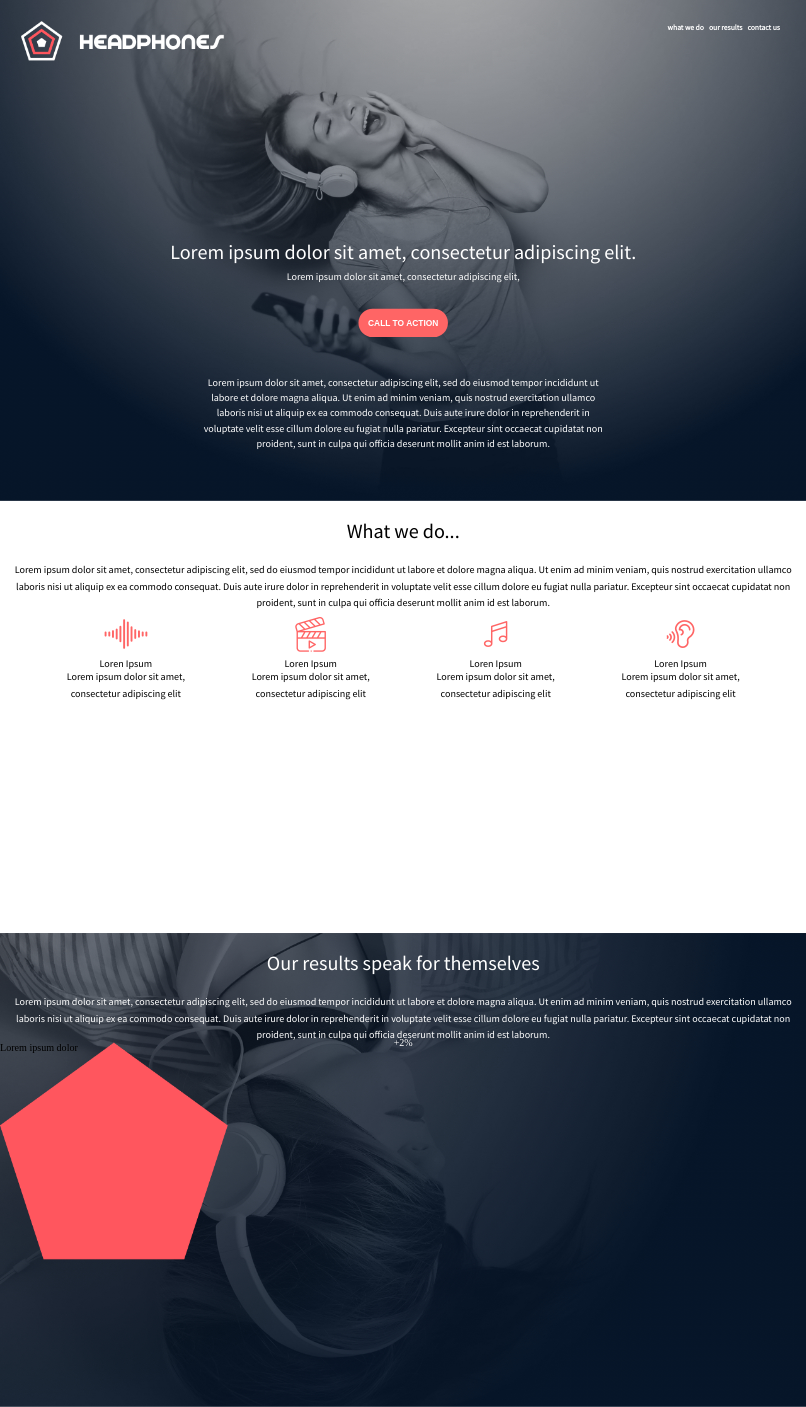
Repository: seleniadelgado/holbertonschool-web_front_end
Page: 0x09-implement_a_design_from_scratch/2-index.html
These files come from the project's save history. The page is drawn as it stood at one moment and after the next save; the edit follows.
The browser window is 1280 px wide. The pictures show the whole page, at 63% of full size.

Above is the page before, as saved 2020-03-23 12:04:01.

### 0x09-implement_a_design_from_scratch/2-index.html
<!DOCTYPE <!DOCTYPE html>
<head>
    <meta charset="utf-8">
    <title>Headphones</title>
    <meta name="description" content="">
    <meta name="viewport" content="width=device-width, initial-scale=1">
    <link rel="stylesheet" href="2-styles.css">
    <link rel="stylesheet" href="reset.css">
    <link rel="stylesheet" href="./holberton_school-icon/style.css">
    <link href="https://fonts.googleapis.com/css?family=Source+Sans+Pro&display=swap" rel="stylesheet">
</head>
<body>
<!-- nav bar -->
    <header>
        <div class="firstdiv">
            <nav>
                <input type="checkbox" id="menu">
                <label for="menu" id="nav-icon"></label>
                <div class="logo"><img href="active" href="#home"><img src="./images/logo_headphones.png" alt="logo"></a></div>
                <div class="main-nav">
                    <ul class="nav-header">
                        <li><a href="#what-we-do">what we do</a></li>
                        <li><a href="#our-results">our results</a></li>
                        <li><a href="#contact-us">contact us</a></li>
                    </ul>
                </div>
            </nav>
        </div>
<!-- Content -->
        <div class="seconddiv">
            <div class="text">
                <h1>Lorem ipsum dolor sit amet, consectetur adipiscing elit.</h1>
                <p>Lorem ipsum dolor sit amet, consectetur adipiscing elit, </p>
            </div>
        </div>
        <div class="thirddiv">
        <button id="button">CALL TO ACTION</button>
        <p class="longParagraph">Lorem ipsum dolor sit amet, consectetur adipiscing elit, sed do eiusmod tempor incididunt ut labore et dolore magna aliqua.
            Ut enim ad minim veniam, quis nostrud exercitation ullamco laboris nisi ut aliquip ex ea commodo consequat.
            Duis aute irure dolor in reprehenderit in voluptate velit esse cillum dolore eu fugiat nulla pariatur. Excepteur sint occaecat cupidatat non proident,
            sunt in culpa qui officia deserunt mollit anim id est laborum.</p>
            </div>
        </div>
    </div>
    </header>
    <div id="whatWeDo">
        <div class="content">
            <h1>What we do...</h1>
            <p> Lorem ipsum dolor sit amet, consectetur adipiscing elit, sed do eiusmod tempor incididunt ut labore et dolore magna aliqua.
                Ut enim ad minim veniam, quis nostrud exercitation ullamco laboris nisi ut aliquip ex ea commodo consequat.
                Duis aute irure dolor in reprehenderit in voluptate velit esse cillum dolore eu fugiat nulla pariatur. Excepteur sint occaecat cupidatat non proident,
                sunt in culpa qui officia deserunt mollit anim id est laborum.
            </p>
            <div class="grid">
                <div>
                    <div class="icon, item holberton_school-icon-ic_sound"></div>
                    <h6>Loren Ipsum</h6>
                    <p>Lorem ipsum dolor sit amet,<br> consectetur adipiscing elit</p>
                </div>
                <div>
                    <div class="icon, item holberton_school-icon-ic_video"></div>
                    <h6>Loren Ipsum</h6>
                    <p>Lorem ipsum dolor sit amet, <br>consectetur adipiscing elit</p>
                </div>
                <div>
                    <div class="icon, item holberton_school-icon-ic_music"></div>
                    <h6>Loren Ipsum</h6>
                    <p>Lorem ipsum dolor sit amet, <br>consectetur adipiscing elit</p>
                </div>
                <div>
                    <div class="icon, item holberton_school-icon-ic_hearing"></div>
                    <h6>Loren Ipsum</h6>
                    <p>Lorem ipsum dolor sit amet, <br>consectetur adipiscing elit</p>
                </div>
            </div>
        </div>
    </div>
    <div id="our-results">
        <div class="summary">
            <h1>Our results speak for themselves</h1>
            <p>Lorem ipsum dolor sit amet, consectetur adipiscing elit, sed do eiusmod tempor incididunt ut labore et dolore magna aliqua.
                Ut enim ad minim veniam, quis nostrud exercitation ullamco laboris nisi ut aliquip ex ea commodo consequat.
                Duis aute irure dolor in reprehenderit in voluptate velit esse cillum dolore eu fugiat nulla pariatur. Excepteur sint occaecat cupidatat non proident,
                sunt in culpa qui officia deserunt mollit anim id est laborum.
            </p>
        </div>
        <div class="results">
            <h2>+2%</h2>
            <p>Lorem ipsum dolor</p>
        </div>
    </div>
</body>
</html>

### 0x09-implement_a_design_from_scratch/2-styles.css

:root {
    --font-size-sm: 12px;
    --font-size-md: 16px;
    --font-size-lg: 32px;
    --font-size-xl: 72px;
    --font-size-button: 14px;
    --color-primary-red: #FF6565;
    --color-body-white: white;
    --color-body-black: black;
    --font-family: 'Source Sans Pro', sans-serif;
}

/* header */
html {
    width: 100%;
}

header {
    width: 100%;
    background: transparent;
    position: relative;
    color: var(--color-body-white);
    background-image: url("images/headphones_hero_1.jpg");
    background-repeat: no-repeat;
    background-size: cover;
    font-family: var(--font-family);
}

header .firstdiv {
    justify-content: space-between;
    align-content: space-between;
    padding: 2rem;
    flex-wrap: wrap;
}

header .firstdiv nav {
    width: 100%;
    display: flex;
    justify-content: space-between;
    align-content: space-between;
    position: relative;
}

a {
    margin: auto 1.25rem;
    color: var(--color-body-white);
    text-decoration: none;
    font-family: var(--font-family);
}

a:hover, a:active {
    color: var(--color-primary-red)
}

#menu {
    display: none;
    position: absolute;
}

#nav-icon {
    display: none;
    position: absolute;
}

.logo {
    float: left;
}

.nav-header {
    display: inline-flex;
    margin: auto 0;
    list-style-type: none;
    font-size: var(--font-size-sm);
    font-weight: bolder;
    font-family: var(--font-family);
}

.main-nav ul {
    border: 6px transparent solid;
    justify-content: space-between;
}

.main-nav ul li a {
    border: 4px transparent solid;
    font-family: var(--font-family);

}

/* nav */
.seconddiv {
    text-align: center;
}

.thirddiv {
    text-align: center;
}

/*text */
.text {
    padding-top: 20%;
    text-align: center;
    line-height: 32px;
}

.text h1 {
    font-size: var(--font-size-md);
    color: var(--color-body-white);
}

.text p {
    font: var(--font-size-sm);
    color: var(--color-body-white);
}

/* button */
#button {
    padding: 15px;
    margin-top: 40px;
    margin-bottom: 60px;
    border-radius: 4em;
    background-color: #FF6565;
    box-shadow: var(--color-body-black);
    border-style: none;
    color: var(--color-body-white);
    font-weight: bolder;
}

#button:hover {
    opacity: 0.9;
}

/* end button */

/* start longparagraph */
.longParagraph {
    display: flex;
    margin: auto;
    margin: 0% 25% 0% 25%;
    line-height: 24px;
    font-family: var(--font-family);
    font-size: var(--font-size-md);
    color: var(--color-body-white);
    padding-bottom: 5em;
}
/* end longparagraph */

/* media query for screens less than 480px */
@media (max-width: 480px)
{
    header nav {
      flex-direction: column;
      align-items: center;
    }

    .logo {
      width: 50%;
      height: auto;
      display: flex;
      text-align: center;
    }

    .nav-header {
      display: none;
      width: 100%;
      flex-direction: column;
      margin: 1rem auto;
      text-align: center;
      font-weight: bold;
      font-size: var(--font-size-btn);
      float: right;
      display: inline-flex;
      margin-right: 10%;
    }

    .nav-header li {
      width: 100%;
      margin: 0.5rem auto;
      padding-right: 50px;
      font-family: var(--font-family);
    }

    #nav-icon {
        background: var(--color-body-white);
        height: 2px;
        width: 13px;
        position: absolute;
        left: 1rem;
        top: 18px;
        display: block;
    }

    #nav-icon::before {
        content: "";
        background: var(--color-body-white);
        height: 2px;
        width: 20px;
        position: relative;
        top: -0.4rem;
        display: block;
        transition: all 0.2s ease;
    }

    #nav-icon::after {
        content: "";
        background: var(--color-body-white);
        height: 2px;
        width: 18px;
        position: relative;
        top: 0.3rem;
        display: block;
        transition: all 0.2s ease;
    }

    #menu:checked ~ .nav-header {
        display: inline-flex;
    }

    #menu:checked ~ #nav-icon {
        background: transparent;
    }

    #menu:checked ~ #nav-icon::before {
        transform: rotate(45deg);
        top: 3px;
        margin: auto;
    }

    #menu:checked ~ #nav-icon::after {
        width: 20px;
        transform: rotate(-45deg);
        top: 1px;
        margin: auto;
    }
}

.text {
    font-family: var(--font-family);
    line-height: 24px;
}

.text h1 {
    font-size: var(--font-size-lg);
    margin-bottom: 10;
    line-height: 32px;;
}

.text p {
    font-size: var(--font-size-md);
}

/* menu btn ends */
.content {
    display: grid;
    text-align: center;
    font-family: var(--font-family);
    margin-bottom: 20em;
}

.grid {
    display: flex;
    flex-wrap: wrap;
    justify-content: space-evenly;
    height: 100%
}

.grid p {
    padding-bottom: 3em;
}

.item {
    color: var(--color-primary-red);
    font-size: var(--font-size-xl);
    margin: 2px;
}

.item h6, p {
    color: var(--color-body-black);
    font-size: var(--font-size-sm);
    margin-bottom: 5px;
}

#whatWeDo {
    margin-top: 2em;
    font-family: var(--font-family);
    margin-bottom: none;
}

.content h1 {
    font-size: var(--font-size-lg);
    margin-bottom: 1em;
}

.content p {
    text-align: center;
    font-size: var(--font-size-md);
    line-height: 26px;
}

#our-results {
    padding-top: 2em;
    background-image: url(images/headphones_hero_2.jpg);
    height: 100%;
    background-repeat: no-repeat;
    color: var(--color-body-white)
}

.summary h1 {
    text-align: center;
    color: var(--color-body-white);
    font-family: var(--font-family);
    font-size: var(--font-size-lg);
    margin-bottom: 1em;
}

.summary p {
    color: var(--color-body-white);
    font-family: var(--font-family);
    font-size: var(--font-size-md);
    line-height: 26px;
    text-align: center;
}
.results {
    background: url(images/pentagone.png);
    height: 500px;
    background-repeat: no-repeat;
    color: var(--color-body-white);
}
.results h2 {
    position: absolute;
    text-align: center;
    left: 50%;
    transform: translate(-50%, -50%);

}

### 0x09-implement_a_design_from_scratch/holberton_school-icon/style.css
@font-face {
  font-family: 'holberton_school-icon';
  src:  url('fonts/holberton_school-icon.eot?sq4eq4');
  src:  url('fonts/holberton_school-icon.eot?sq4eq4#iefix') format('embedded-opentype'),
    url('fonts/holberton_school-icon.ttf?sq4eq4') format('truetype'),
    url('fonts/holberton_school-icon.woff?sq4eq4') format('woff'),
    url('fonts/holberton_school-icon.svg?sq4eq4#holberton_school-icon') format('svg');
  font-weight: normal;
  font-style: normal;
  font-display: block;
}

[class^="holberton_school-icon-"], [class*=" holberton_school-icon-"] {
  /* use !important to prevent issues with browser extensions that change fonts */
  font-family: 'holberton_school-icon' !important;
  speak: none;
  font-style: normal;
  font-weight: normal;
  font-variant: normal;
  text-transform: none;
  line-height: 1;

  /* Better Font Rendering =========== */
  -webkit-font-smoothing: antialiased;
  -moz-osx-font-smoothing: grayscale;
}

.holberton_school-icon-arrow_1:before {
  content: "\e900";
}
.holberton_school-icon-arrow_2:before {
  content: "\e901";
}
.holberton_school-icon-arrow_3:before {
  content: "\e902";
}
.holberton_school-icon-arrow_4:before {
  content: "\e903";
}
.holberton_school-icon-arrow_5:before {
  content: "\e904";
}
.holberton_school-icon-check:before {
  content: "\e905";
}
.holberton_school-icon-ic_bag:before {
  content: "\e906";
}
.holberton_school-icon-ic_cart:before {
  content: "\e907";
}
.holberton_school-icon-ic_facebook:before {
  content: "\e908";
}
.holberton_school-icon-ic_hearing:before {
  content: "\e909";
}
.holberton_school-icon-ic_instagram:before {
  content: "\e90a";
}
.holberton_school-icon-ic_laptop:before {
  content: "\e90b";
}
.holberton_school-icon-ic_money:before {
  content: "\e90c";
}
.holberton_school-icon-ic_music:before {
  content: "\e90d";
}
.holberton_school-icon-ic_sound:before {
  content: "\e90e";
}
.holberton_school-icon-ic_twitter:before {
  content: "\e90f";
}
.holberton_school-icon-ic_video:before {
  content: "\e910";
}
.holberton_school-icon-menu:before {
  content: "\e911";
}
.holberton_school-icon-search_1:before {
  content: "\e912";
}
.holberton_school-icon-search_2:before {
  content: "\e913";
}
.holberton_school-icon-star:before {
  content: "\e914";
}

Loaded but not shown: 0x09-implement_a_design_from_scratch/reset.css (common file)

After the next save:
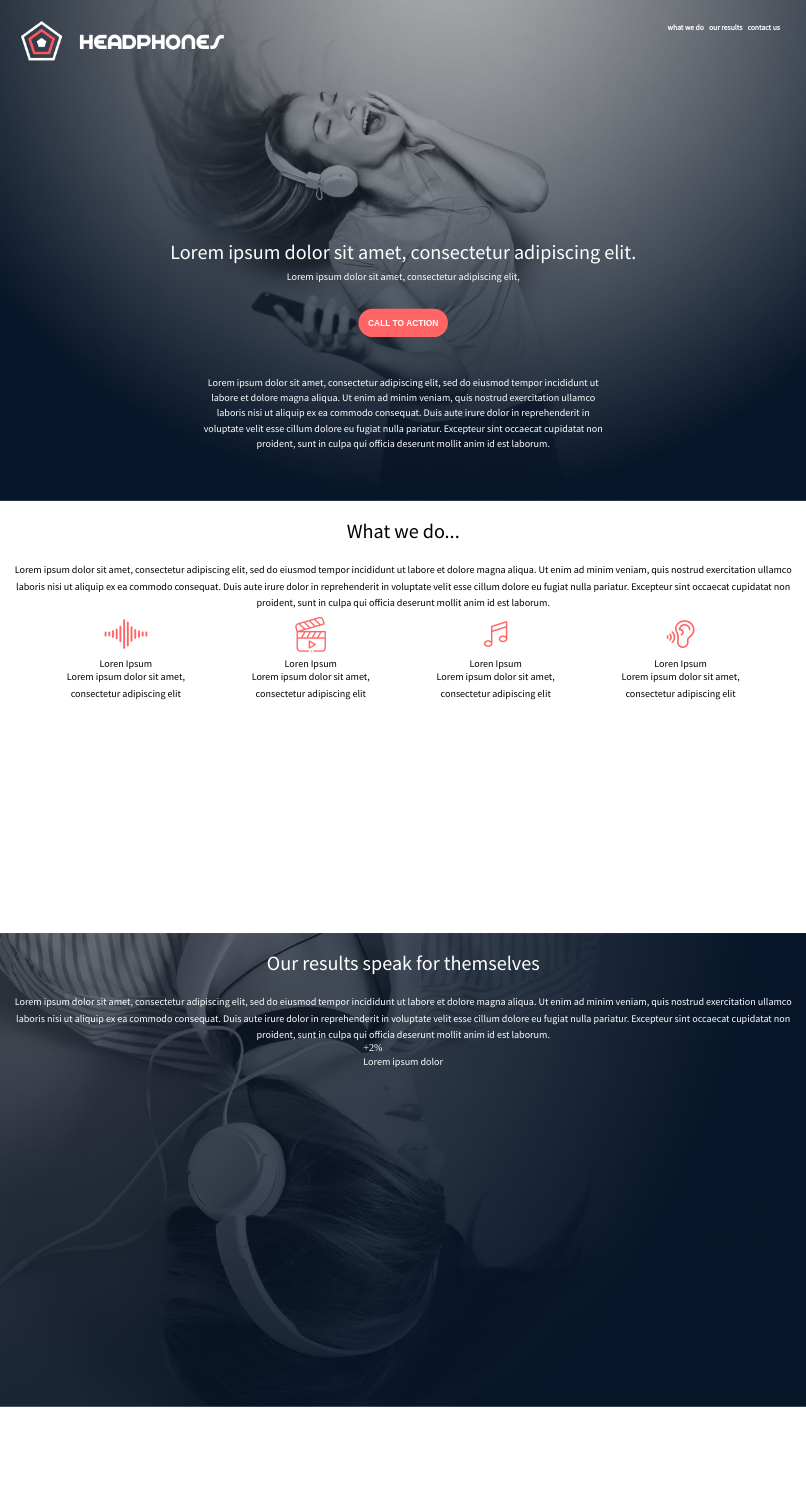
Saved 5 min 35 s later.
--- a/0x09-implement_a_design_from_scratch/2-index.html
+++ b/0x09-implement_a_design_from_scratch/2-index.html
@@ -83,10 +83,11 @@
                 Duis aute irure dolor in reprehenderit in voluptate velit esse cillum dolore eu fugiat nulla pariatur. Excepteur sint occaecat cupidatat non proident,
                 sunt in culpa qui officia deserunt mollit anim id est laborum.
             </p>
-        </div>
-        <div class="results">
-            <h2>+2%</h2>
-            <p>Lorem ipsum dolor</p>
+            <div class="grid">
+                <div class="component">
+                    <h2>+2%</h2>
+                    <p>Lorem ipsum dolor</p>
+                </div>
         </div>
     </div>
 </body>
